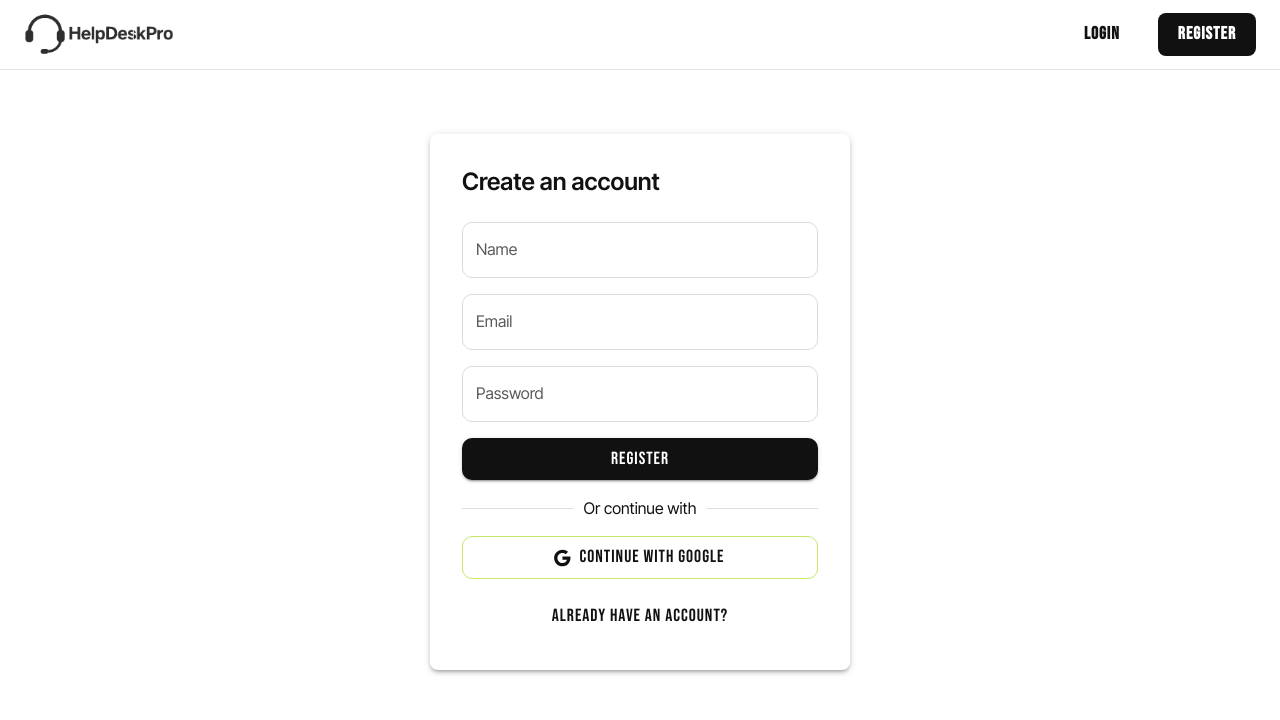
Repository: vcmvanesa7/HelpDeskProAssesment
Page: /auth/register
These files come from the project's save history. The page is drawn as it stood at one moment and after the next save; the edit follows.
The browser window is 1280 px wide. The pictures show the whole page.
The page's requests for data from a server got no answer. The project was rebuilt for these pictures with package versions that can differ from the ones it lists, and the page was loaded fresh each time. The framework's server and built-in components were replaced by stand-ins that run in the browser. No one was signed in, and anything a server would have sent is missing. Also part of the build but not shown: next.config.js, next.config.ts.

Above is the page before, as saved 2025-12-09 10:25:53.

After the next save:
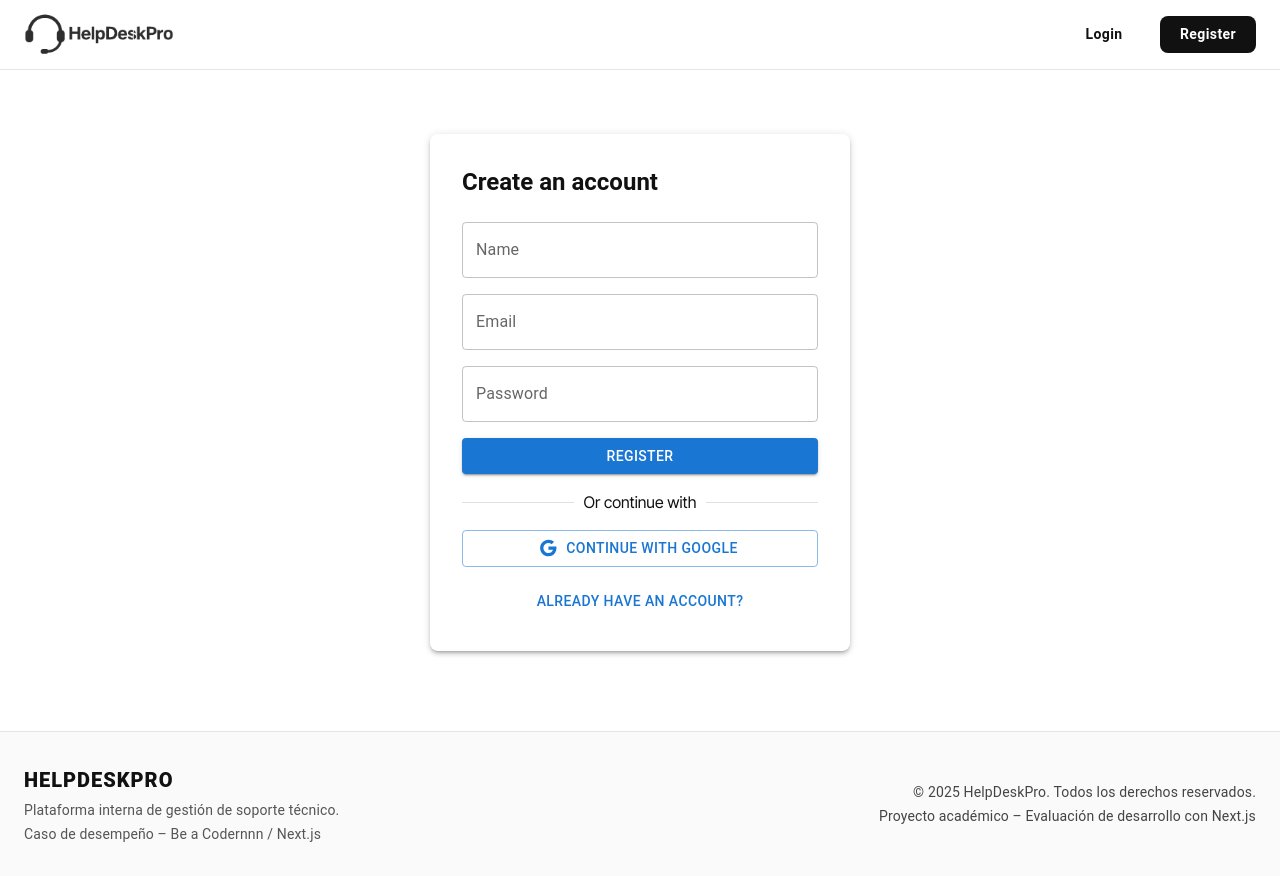
Saved 27 s later.
--- a/src/app/layout.tsx
+++ b/src/app/layout.tsx
@@ -2,8 +2,8 @@
 import "./styles.css";
 
 import MainNavbar from "@/components/layout/MainNavbar";
+import Footer from "@/components/layout/Footer";
 import Providers from "./providers";
-import { ClientToaster } from "@/components/clientToaster";
 
 import { Bebas_Neue, Inter_Tight } from "next/font/google";
 
@@ -33,11 +33,10 @@
       <body
         className={`${bebas.variable} ${interTight.variable} min-h-screen flex flex-col bg-white`}
       >
-        <Providers>
-          <MainNavbar />
-          <main className="flex-grow">{children}</main>
-        </Providers>
-        <ClientToaster />
+        <Providers />
+        <MainNavbar />
+        <main className="flex-grow">{children}</main>
+        <Footer />
       </body>
     </html>
   );

After the save that followed:
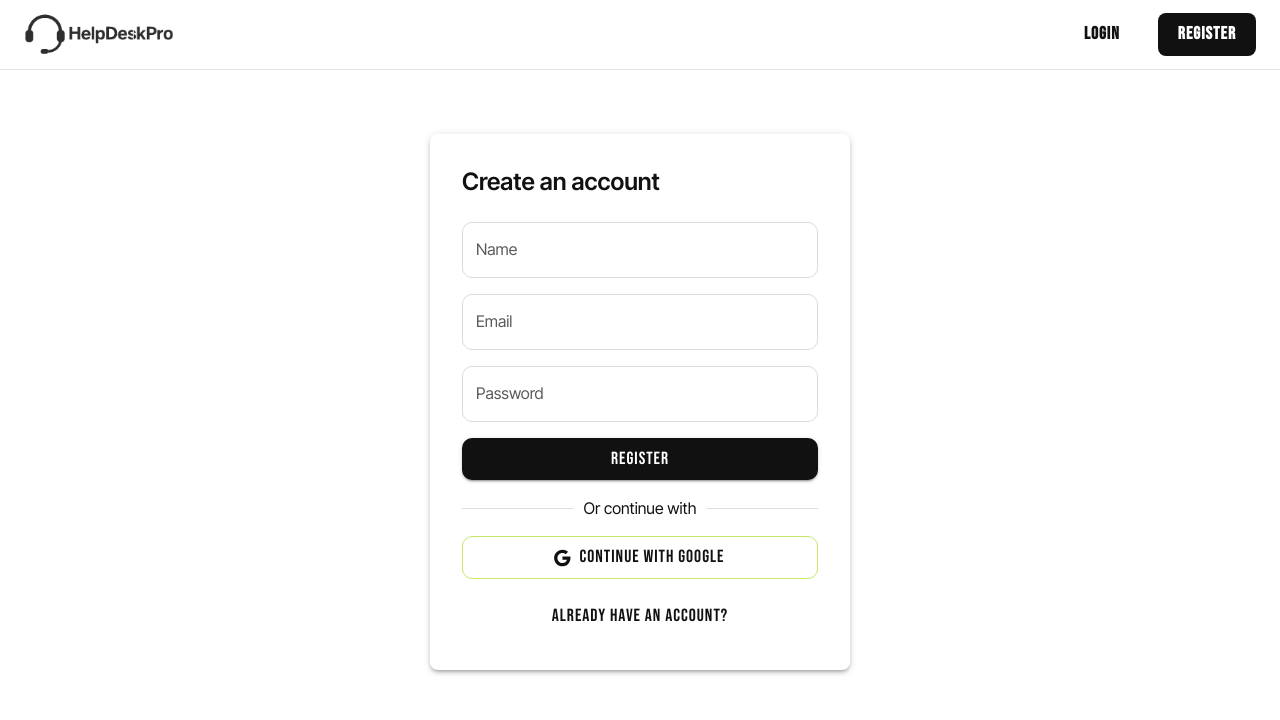
Saved 5 s later.
--- a/src/app/layout.tsx
+++ b/src/app/layout.tsx
@@ -2,8 +2,8 @@
 import "./styles.css";
 
 import MainNavbar from "@/components/layout/MainNavbar";
-import Footer from "@/components/layout/Footer";
 import Providers from "./providers";
+import { ClientToaster } from "@/components/clientToaster";
 
 import { Bebas_Neue, Inter_Tight } from "next/font/google";
 
@@ -33,10 +33,11 @@
       <body
         className={`${bebas.variable} ${interTight.variable} min-h-screen flex flex-col bg-white`}
       >
-        <Providers />
-        <MainNavbar />
-        <main className="flex-grow">{children}</main>
-        <Footer />
+        <Providers>
+          <MainNavbar />
+          <main className="flex-grow">{children}</main>
+        </Providers>
+        <ClientToaster />
       </body>
     </html>
   );
